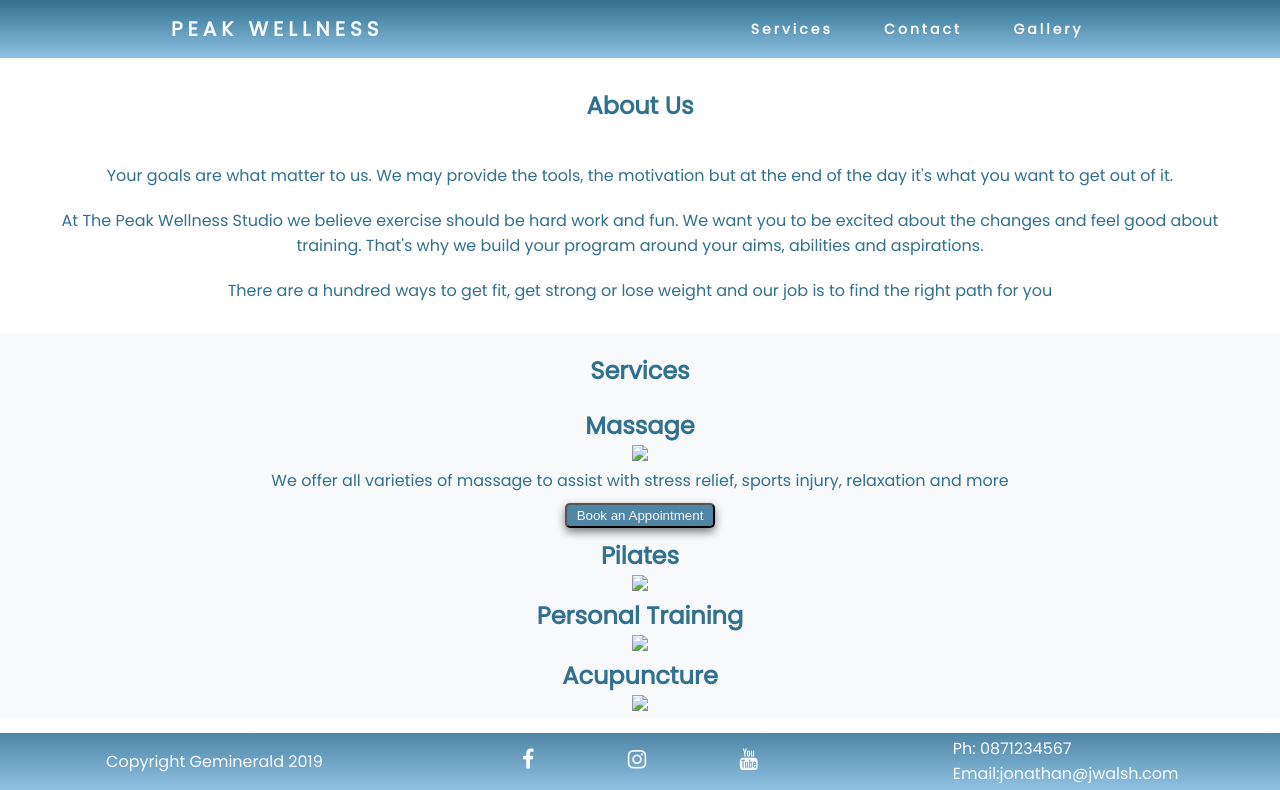
Repository: geminerald/peakwellness
Page: services.html
The author's editor kept a record of every edit. The page is drawn from the files as they stood at one moment, then again after the next edit.
The browser window is 1280 px wide. The pictures show the whole page.
The pointer rests on the first visible `button`.

Above is the page before.

After the next edit:
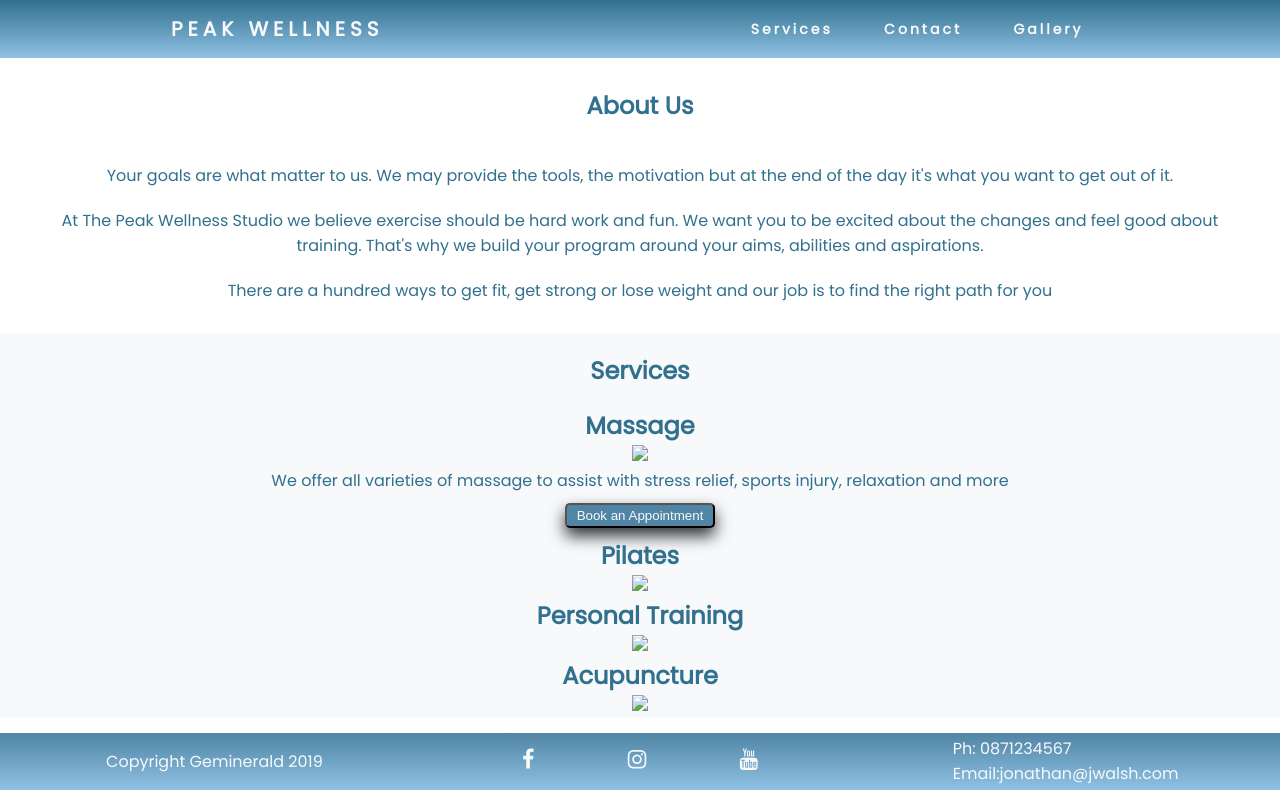
The edit:
--- a/assets/style.css
+++ b/assets/style.css
@@ -255,7 +255,7 @@
 }
 
 button:hover{
-    box-shadow: 0 4px 8px 0 rgba(0, 0, 0, 0.5);
+    box-shadow: 0 8px 16px 0 rgba(0, 0, 0, 0.8);
 }
 
 /*----------------------------------------------------------------Services*/
